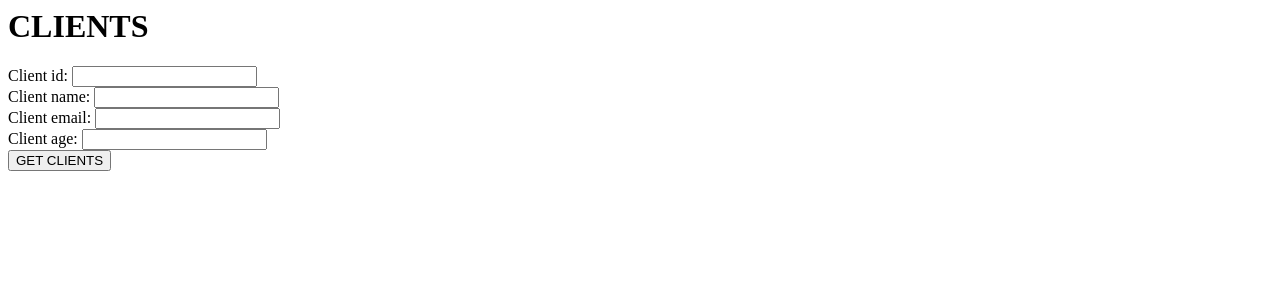
Repository: almendezl/MisionTIC
Page: index.html
These files come from the project's save history. The page is drawn as it stood at one moment and after the next save; the edit follows.
The browser window is 1280 px wide. The pictures show the whole page.

Above is the page before, as saved 2022-10-01 19:47:16.

### index.html
<html lang="en">
<head>
    <meta charset="UTF-8">
    <meta http-equiv="X-UA-Compatible" content="IE=edge">
    <meta name="viewport" content="width=device-width, initial-scale=1.0">
    <title>MISION TIC 2022 RETO 2</title>
</head>
<!-- add jquery api -->
<script src="https://ajax.googleapis.com/ajax/libs/jquery/3.6.1/jquery.min.js"></script>
<!-- add the file with the script -->
<script type="text/javascript" src="myScript.js"></script>
<body>
    <h1>CLIENTS</h1>

    Client id: <input type="number" id="clientId"> <br>
    Client name: <input type="text" id="clientName"><br>
    Client email: <input type="text" id="clientEmail"><br>
    Client age: <input type="number" id="clientAge"><br>


    <button onclick="getClients()">GET CLIENTS</button>

</body>
</html>

### myScript.js
function getClients(){

    $.ajax({
        url:'https://gbc0751b79176df-fy68ude9ajgxmklv.adb.us-ashburn-1.oraclecloudapps.com/ords/admin/client/client',
        type: 'GET',
        dataType: 'json',

        success: function(json){
            console.log(json);

        },
        error: function(xhr, status){
            alert("A problem has occurred");
        },
        complete: function(xhr, status){
            alert("Request made");
        }
    });

}

function setClient(){

}

After the next save:
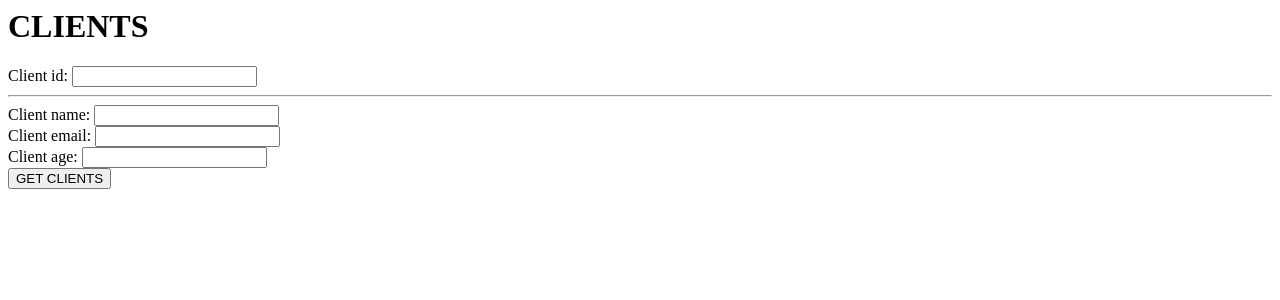
Saved 17 s later.
--- a/index.html
+++ b/index.html
@@ -12,7 +12,7 @@
 <body>
     <h1>CLIENTS</h1>
 
-    Client id: <input type="number" id="clientId"> <br>
+    Client id: <input type="number" id="clientId"> <br> <hr>
     Client name: <input type="text" id="clientName"><br>
     Client email: <input type="text" id="clientEmail"><br>
     Client age: <input type="number" id="clientAge"><br>
